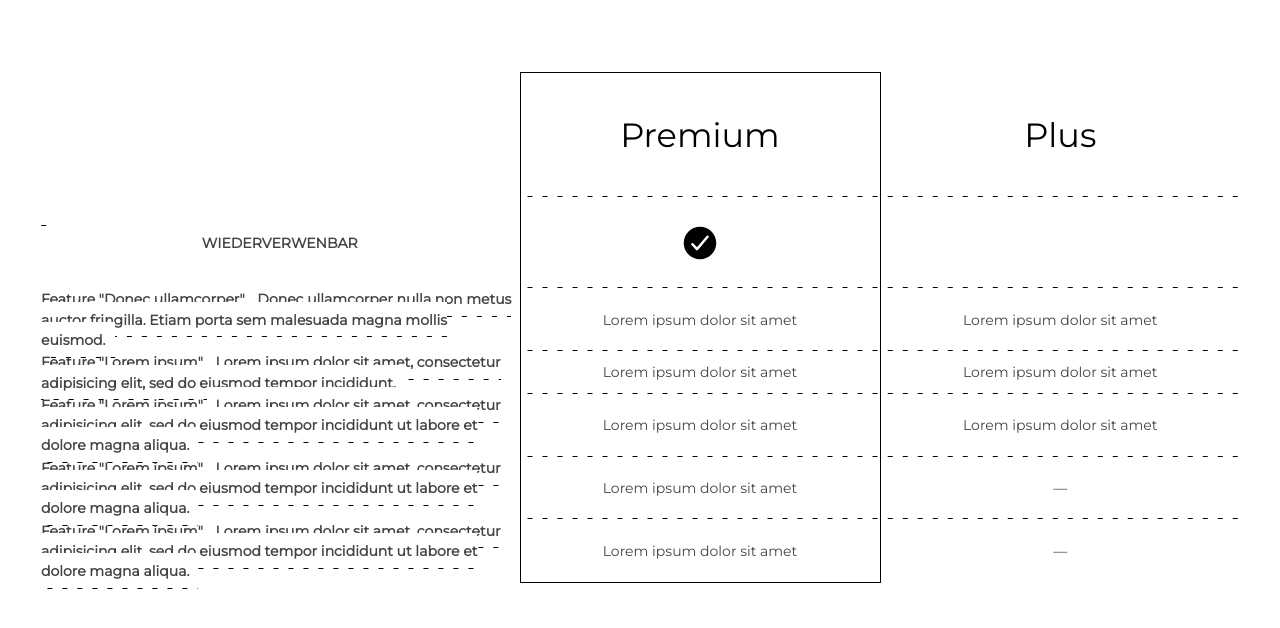
Repository: darlino/gotyu_shopify_section
Page: gotyu_table210223/index.html
An editor plug-in stored every save of this project. The page is shown before and after the next save, followed by the edit.
The browser window is 1280 px wide. The pictures show the whole page.

Above is the page before, as saved 2023-02-21 13:18:18.

### gotyu_table210223/index.html
<!DOCTYPE html>
<html lang="en">
  <head>
    <meta charset="UTF-8" />
    <meta http-equiv="X-UA-Compatible" content="IE=edge" />
    <meta name="viewport" content="width=device-width, initial-scale=1.0" />
    <title>Document</title>
    <link rel="stylesheet" href="style.css" />
    <link rel="preconnect" href="https://fonts.googleapis.com" />
    <link rel="preconnect" href="https://fonts.gstatic.com" crossorigin />
    <link
      href="https://fonts.googleapis.com/css2?family=Montserrat&display=swap"
      rel="stylesheet"
    />
  </head>
  <body>
    <table>
      <colgroup></colgroup>
      <colgroup></colgroup>
      <colgroup></colgroup>

      <thead>
        <tr>
          <th>&nbsp;</th>
          <th>
            <h2>Premium</h2>
          </th>
          <th>
            <h2>Plus</h2>
          </th>
        </tr>
      </thead>

      <tbody>
        <tr>
          <th>
            <span> <p>WIEDERVERWENBAR</p> </span>
          </th>
          <td>
            <div class="icon-wrapper">
              <svg
                xmlns="http://www.w3.org/2000/svg"
                class="ionicon"
                viewBox="0 0 512 512"
              >
                <title>Checkmark Circle</title>
                <path
                  d="M256 48C141.31 48 48 141.31 48 256s93.31 208 208 208 208-93.31 208-208S370.69 48 256 48zm108.25 138.29l-134.4 160a16 16 0 01-12 5.71h-.27a16 16 0 01-11.89-5.3l-57.6-64a16 16 0 1123.78-21.4l45.29 50.32 122.59-145.91a16 16 0 0124.5 20.58z"
                />
              </svg>
            </div>
          </td>
          <td></td>
        </tr>
        <tr>
          <th>
            Feature "Donec ullamcorper"
            <span
              >Donec ullamcorper nulla non metus auctor fringilla. Etiam porta
              sem malesuada magna mollis euismod.</span
            >
          </th>
          <td>Lorem ipsum dolor sit amet</td>
          <td>Lorem ipsum dolor sit amet</td>
        </tr>
        <tr>
          <th>
            Feature "Lorem ipsum"
            <span
              >Lorem ipsum dolor sit amet, consectetur adipisicing elit, sed do
              eiusmod tempor incididunt.</span
            >
          </th>
          <td>Lorem ipsum dolor sit amet</td>
          <td>Lorem ipsum dolor sit amet</td>
        </tr>
        <tr>
          <th>
            Feature "Lorem ipsum"
            <span
              >Lorem ipsum dolor sit amet, consectetur adipisicing elit, sed do
              eiusmod tempor incididunt ut labore et dolore magna aliqua.</span
            >
          </th>
          <td>Lorem ipsum dolor sit amet</td>
          <td>Lorem ipsum dolor sit amet</td>
        </tr>
        <tr>
          <th>
            Feature "Lorem ipsum"
            <span
              >Lorem ipsum dolor sit amet, consectetur adipisicing elit, sed do
              eiusmod tempor incididunt ut labore et dolore magna aliqua.</span
            >
          </th>
          <td>Lorem ipsum dolor sit amet</td>
          <td>&mdash;</td>
        </tr>
        <tr>
          <th>
            Feature "Lorem ipsum"
            <span
              >Lorem ipsum dolor sit amet, consectetur adipisicing elit, sed do
              eiusmod tempor incididunt ut labore et dolore magna aliqua.</span
            >
          </th>
          <td>Lorem ipsum dolor sit amet</td>
          <td>&mdash;</td>
        </tr>
      </tbody>
    </table>
  </body>
</html>

### gotyu_table210223/style.css
body {
  background: #fff;
  font-family: "Montserrat", sans-serif;
  color: #000;
  text-align: center;
  padding: 4em 2em;
}

table {
  width: 100%;
  text-align: left;
  border-spacing: 0;
  border-collapse: collapse;
  -webkit-box-sizing: border-box;
  -moz-box-sizing: border-box;
  box-sizing: border-box;
  border: none;
}

th,
td {
  font-family: inherit;
  font-size: 0.875em;
  line-height: 1.45;
  color: #444;
  vertical-align: middle;
}
th {
  font-weight: 600;
}

colgroup:nth-child(1) {
  width: 40%;
  border: 0 none;
}
colgroup:nth-child(3) {
  width: 30%;
}
colgroup:nth-child(2) {
  width: 30%;
  border: 1px solid #000;
  border-radius: 50%;
}

/* Tablehead */

thead th {
  text-align: center;
  position: relative;
  background-image: linear-gradient(
    to right,
    black 33%,
    rgba(255, 255, 255, 0) 0%
  );
  background-position: bottom;
  background-size: 15px 1.2px;
  background-repeat: repeat-x;
  padding: 10px 0px 10px;
  color: #999;
}
thead th:nth-child(1) {
  background: transparent;
}
thead th h2 {
  font-weight: 300;
  font-size: 2.4em;
  color: #000;
}
thead th h2 + p {
  font-size: 1.25em;
  line-height: 1.4;
}

/* Tablebody */

tbody th {
  background: #fff;
}
tbody th span {
  background: #fff;
  text-align: center;
  font-weight: bold;
  background-image: linear-gradient(
    to right,
    black 33%,
    rgba(255, 255, 255, 0) 0%
  );
  background-position: bottom;
  background-size: 15px 1.2px;
  background-repeat: repeat-x;
  margin: auto;
  padding: 9px;
}

tbody td {
  background: #fff;
  text-align: center;
  background-image: linear-gradient(
    to right,
    black 33%,
    rgba(255, 255, 255, 0) 0%
  );
  background-position: bottom;
  background-size: 15px 1.2px;
  background-repeat: repeat-x;
}
tbody td .icon-wrapper {
  background: #fff;
  text-align: center;
  width: 40px;
  height: 40px;
  margin: auto;
  padding: 9px;
}

tbody tr:last-child td {
  border-bottom: 0 none;
  background-image: linear-gradient(to right, transparent 33%, transparent 0%);
  background-position: bottom;
  background-size: 15px 1.2px;
  background-repeat: repeat-x;
}

/* Tablefooter */

After the next save:
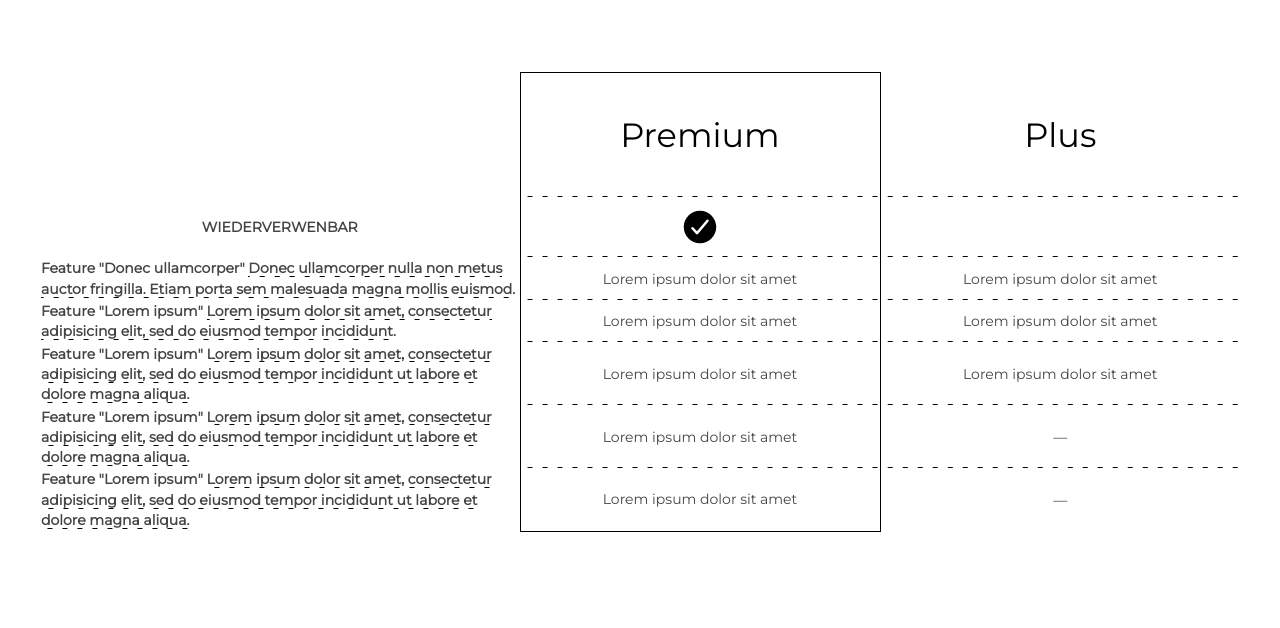
Saved 14 s later.
--- a/gotyu_table210223/style.css
+++ b/gotyu_table210223/style.css
@@ -89,7 +89,6 @@ tbody th span {
   background-size: 15px 1.2px;
   background-repeat: repeat-x;
   margin: auto;
-  padding: 9px;
 }
 
 tbody td {
